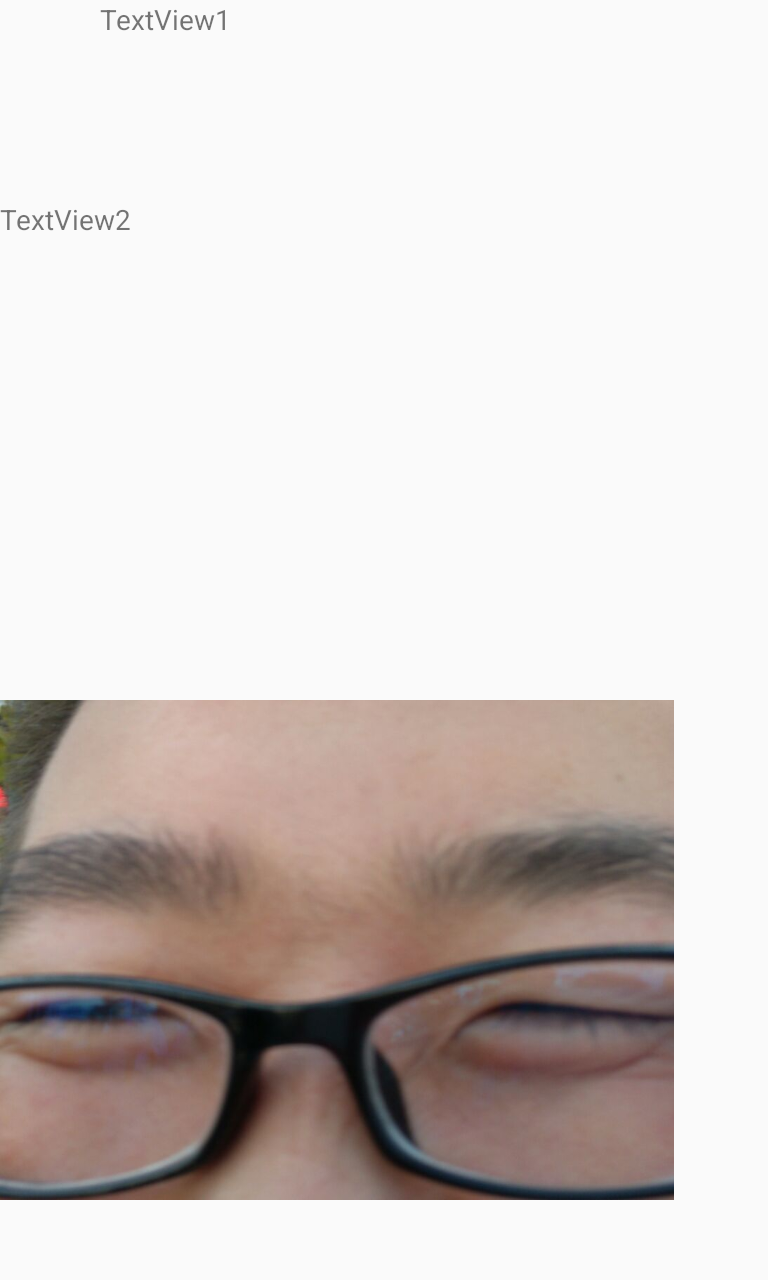
Repository: mjchow/qiuyi
Layout: demo1/res/layout/activity_main.xml
These files come from the project's save history. The layout is drawn as it stood at one moment and after the next save; the edit follows.
It is drawn on a 768 x 1280 px phone screen (xhdpi) without system bars, with theme AppTheme; the app's code is not run.

Above is the layout before, as saved 2014-12-25 15:58:26.

After the next save:
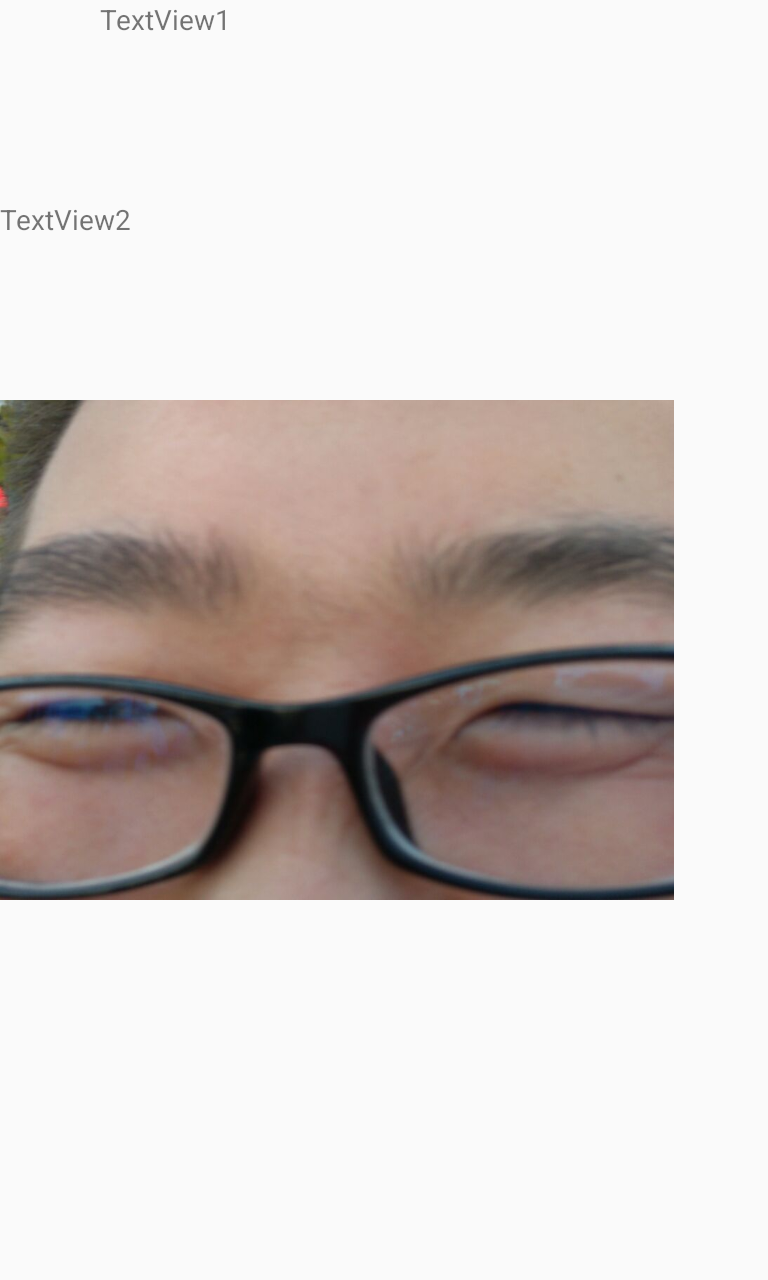
Saved 25 s later.
--- a/demo1/res/layout/activity_main.xml
+++ b/demo1/res/layout/activity_main.xml
@@ -8,8 +8,8 @@
 
     <ImageView
          android:id="@+id/imageview1"
-         android:layout_marginTop="350dp"
-         android:layout_width="600dp"
+         android:layout_marginTop="200dp"
+         android:layout_width="650dp"
          android:layout_height="250dp"
          android:scaleType="fitStart"
          android:src="@drawable/ydt1" />
